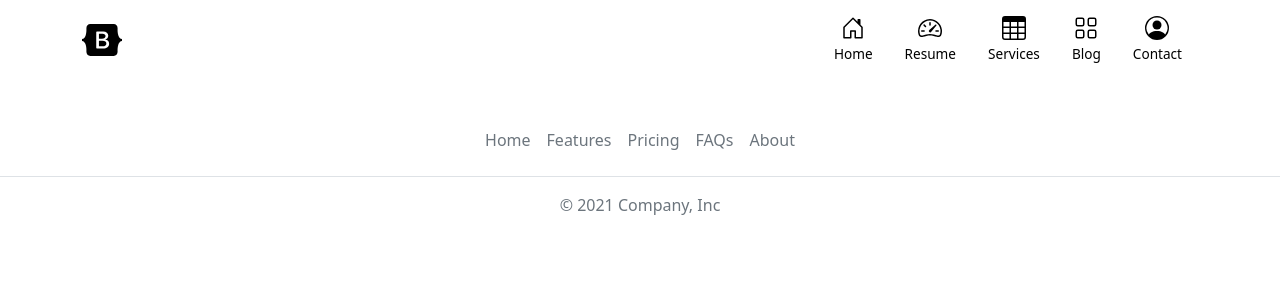
Repository: HeZhao-hugh/personal-web
Page: index.html
These files come from the project's save history. The page is drawn as it stood at one moment and after the next save; the edit follows.
The browser window is 1280 px wide. The pictures show the whole page.

Above is the page before, as saved 2022-01-19 17:35:27.

### index.html
<!DOCTYPE html>
<html lang="en">

<head>
    <meta charset="UTF-8">
    <meta http-equiv="X-UA-Compatible" content="IE=edge">
    <meta name="viewport" content="width=device-width, initial-scale=1.0">
    <link href="https://cdn.jsdelivr.net/npm/bootstrap@5.1.3/dist/css/bootstrap.min.css" rel="stylesheet"
        integrity="sha384-1BmE4kWBq78iYhFldvKuhfTAU6auU8tT94WrHftjDbrCEXSU1oBoqyl2QvZ6jIW3" crossorigin="anonymous">
    <script src="https://cdn.jsdelivr.net/npm/bootstrap@5.1.3/dist/js/bootstrap.bundle.min.js"
        integrity="sha384-ka7Sk0Gln4gmtz2MlQnikT1wXgYsOg+OMhuP+IlRH9sENBO0LRn5q+8nbTov4+1p" crossorigin="anonymous">
    </script>

    <!-- Custom styles for this template -->
    <link href="style.css" rel="stylesheet">
    <title>Document</title>
</head>

<body>
    <svg xmlns="http://www.w3.org/2000/svg" style="display: none;">
        <symbol id="bootstrap" viewBox="0 0 118 94">
            <title>Bootstrap</title>
            <path fill-rule="evenodd" clip-rule="evenodd"
                d="M24.509 0c-6.733 0-11.715 5.893-11.492 12.284.214 6.14-.064 14.092-2.066 20.577C8.943 39.365 5.547 43.485 0 44.014v5.972c5.547.529 8.943 4.649 10.951 11.153 2.002 6.485 2.28 14.437 2.066 20.577C12.794 88.106 17.776 94 24.51 94H93.5c6.733 0 11.714-5.893 11.491-12.284-.214-6.14.064-14.092 2.066-20.577 2.009-6.504 5.396-10.624 10.943-11.153v-5.972c-5.547-.529-8.934-4.649-10.943-11.153-2.002-6.484-2.28-14.437-2.066-20.577C105.214 5.894 100.233 0 93.5 0H24.508zM80 57.863C80 66.663 73.436 72 62.543 72H44a2 2 0 01-2-2V24a2 2 0 012-2h18.437c9.083 0 15.044 4.92 15.044 12.474 0 5.302-4.01 10.049-9.119 10.88v.277C75.317 46.394 80 51.21 80 57.863zM60.521 28.34H49.948v14.934h8.905c6.884 0 10.68-2.772 10.68-7.727 0-4.643-3.264-7.207-9.012-7.207zM49.948 49.2v16.458H60.91c7.167 0 10.964-2.876 10.964-8.281 0-5.406-3.903-8.178-11.425-8.178H49.948z">
            </path>
        </symbol>
        <symbol id="Home" viewBox="0 0 16 16">
            <path
                d="M8.354 1.146a.5.5 0 0 0-.708 0l-6 6A.5.5 0 0 0 1.5 7.5v7a.5.5 0 0 0 .5.5h4.5a.5.5 0 0 0 .5-.5v-4h2v4a.5.5 0 0 0 .5.5H14a.5.5 0 0 0 .5-.5v-7a.5.5 0 0 0-.146-.354L13 5.793V2.5a.5.5 0 0 0-.5-.5h-1a.5.5 0 0 0-.5.5v1.293L8.354 1.146zM2.5 14V7.707l5.5-5.5 5.5 5.5V14H10v-4a.5.5 0 0 0-.5-.5h-3a.5.5 0 0 0-.5.5v4H2.5z" />
        </symbol>
        <symbol id="Resume" viewBox="0 0 16 16">
            <path
                d="M8 4a.5.5 0 0 1 .5.5V6a.5.5 0 0 1-1 0V4.5A.5.5 0 0 1 8 4zM3.732 5.732a.5.5 0 0 1 .707 0l.915.914a.5.5 0 1 1-.708.708l-.914-.915a.5.5 0 0 1 0-.707zM2 10a.5.5 0 0 1 .5-.5h1.586a.5.5 0 0 1 0 1H2.5A.5.5 0 0 1 2 10zm9.5 0a.5.5 0 0 1 .5-.5h1.5a.5.5 0 0 1 0 1H12a.5.5 0 0 1-.5-.5zm.754-4.246a.389.389 0 0 0-.527-.02L7.547 9.31a.91.91 0 1 0 1.302 1.258l3.434-4.297a.389.389 0 0 0-.029-.518z" />
            <path fill-rule="evenodd"
                d="M0 10a8 8 0 1 1 15.547 2.661c-.442 1.253-1.845 1.602-2.932 1.25C11.309 13.488 9.475 13 8 13c-1.474 0-3.31.488-4.615.911-1.087.352-2.49.003-2.932-1.25A7.988 7.988 0 0 1 0 10zm8-7a7 7 0 0 0-6.603 9.329c.203.575.923.876 1.68.63C4.397 12.533 6.358 12 8 12s3.604.532 4.923.96c.757.245 1.477-.056 1.68-.631A7 7 0 0 0 8 3z" />
        </symbol>
        <symbol id="Services" viewBox="0 0 16 16">
            <path
                d="M0 2a2 2 0 0 1 2-2h12a2 2 0 0 1 2 2v12a2 2 0 0 1-2 2H2a2 2 0 0 1-2-2V2zm15 2h-4v3h4V4zm0 4h-4v3h4V8zm0 4h-4v3h3a1 1 0 0 0 1-1v-2zm-5 3v-3H6v3h4zm-5 0v-3H1v2a1 1 0 0 0 1 1h3zm-4-4h4V8H1v3zm0-4h4V4H1v3zm5-3v3h4V4H6zm4 4H6v3h4V8z" />
        </symbol>
        <symbol id="Contact" viewBox="0 0 16 16">
            <path d="M11 6a3 3 0 1 1-6 0 3 3 0 0 1 6 0z" />
            <path fill-rule="evenodd"
                d="M0 8a8 8 0 1 1 16 0A8 8 0 0 1 0 8zm8-7a7 7 0 0 0-5.468 11.37C3.242 11.226 4.805 10 8 10s4.757 1.225 5.468 2.37A7 7 0 0 0 8 1z" />
        </symbol>
        <symbol id="Blog" viewBox="0 0 16 16">
            <path
                d="M1 2.5A1.5 1.5 0 0 1 2.5 1h3A1.5 1.5 0 0 1 7 2.5v3A1.5 1.5 0 0 1 5.5 7h-3A1.5 1.5 0 0 1 1 5.5v-3zM2.5 2a.5.5 0 0 0-.5.5v3a.5.5 0 0 0 .5.5h3a.5.5 0 0 0 .5-.5v-3a.5.5 0 0 0-.5-.5h-3zm6.5.5A1.5 1.5 0 0 1 10.5 1h3A1.5 1.5 0 0 1 15 2.5v3A1.5 1.5 0 0 1 13.5 7h-3A1.5 1.5 0 0 1 9 5.5v-3zm1.5-.5a.5.5 0 0 0-.5.5v3a.5.5 0 0 0 .5.5h3a.5.5 0 0 0 .5-.5v-3a.5.5 0 0 0-.5-.5h-3zM1 10.5A1.5 1.5 0 0 1 2.5 9h3A1.5 1.5 0 0 1 7 10.5v3A1.5 1.5 0 0 1 5.5 15h-3A1.5 1.5 0 0 1 1 13.5v-3zm1.5-.5a.5.5 0 0 0-.5.5v3a.5.5 0 0 0 .5.5h3a.5.5 0 0 0 .5-.5v-3a.5.5 0 0 0-.5-.5h-3zm6.5.5A1.5 1.5 0 0 1 10.5 9h3a1.5 1.5 0 0 1 1.5 1.5v3a1.5 1.5 0 0 1-1.5 1.5h-3A1.5 1.5 0 0 1 9 13.5v-3zm1.5-.5a.5.5 0 0 0-.5.5v3a.5.5 0 0 0 .5.5h3a.5.5 0 0 0 .5-.5v-3a.5.5 0 0 0-.5-.5h-3z" />
        </symbol>
    </svg>

    <main>

        <header>
            <div class="px-5 py-2 bg-white text-black">
                <div class="container">
                    <div class="d-flex flex-wrap align-items-center justify-content-center justify-content-lg-start">
                        <a href="/"
                            class="d-flex align-items-center my-2 my-lg-0 me-lg-auto text-black text-decoration-none">
                            <svg class="bi me-2" width="40" height="32" role="img" aria-label="Bootstrap">
                                <use href="#bootstrap" /></svg>
                        </a>

                        <ul class="nav col-12 col-lg-auto my-2 justify-content-center my-md-0 text-small">
                            <li>
                                <a href="#" class="nav-link text-black">
                                    <svg class="bi d-block mx-auto mb-1" width="24" height="24">
                                        <use href="#Home" /></svg>
                                    Home
                                </a>
                            </li>
                            <li>
                                <a href="#" class="nav-link text-black">
                                    <svg class="bi d-block mx-auto mb-1" width="24" height="24">
                                        <use href="#Resume" /></svg>
                                    Resume
                                </a>
                            </li>
                            <li>
                                <a href="#" class="nav-link text-black">
                                    <svg class="bi d-block mx-auto mb-1" width="24" height="24">
                                        <use href="#Services" /></svg>
                                    Services
                                </a>
                            </li>

                            <li>
                                <a href="#" class="nav-link text-black">
                                    <svg class="bi d-block mx-auto mb-1" width="24" height="24">
                                        <use href="#Blog" /></svg>
                                    Blog
                                </a>
                            </li>
                            <li>
                                <a href="#" class="nav-link text-black">
                                    <svg class="bi d-block mx-auto mb-1" width="24" height="24">
                                        <use href="#Contact" /></svg>
                                    Contact
                                </a>
                            </li>
                        </ul>
                    </div>
                </div>
            </div>
        </header>
        <div class="pages">

        </div>


        <footer class="py-3 my-4">
            <ul class="nav justify-content-center border-bottom pb-3 mb-3">
                <li class="nav-item"><a href="#" class="nav-link px-2 text-muted">Home</a></li>
                <li class="nav-item"><a href="#" class="nav-link px-2 text-muted">Features</a></li>
                <li class="nav-item"><a href="#" class="nav-link px-2 text-muted">Pricing</a></li>
                <li class="nav-item"><a href="#" class="nav-link px-2 text-muted">FAQs</a></li>
                <li class="nav-item"><a href="#" class="nav-link px-2 text-muted">About</a></li>
            </ul>
            <p class="text-center text-muted">&copy; 2021 Company, Inc</p>
        </footer>

    </main>
</body>

</html>

### style.css

  .form-control-dark {
    color: #fff;
    background-color: var(--bs-dark);
    border-color: var(--bs-gray);
  }
  .form-control-dark:focus {
    color: #fff;
    background-color: var(--bs-dark);
    border-color: #fff;
    box-shadow: 0 0 0 .25rem rgba(255, 255, 255, .25);
  }

  .bi {
    vertical-align: -.125em;
    fill: currentColor;
  }

  .text-small {
    font-size: 85%;
  }

  .dropdown-toggle {
    outline: 0;
  }

After the next save:
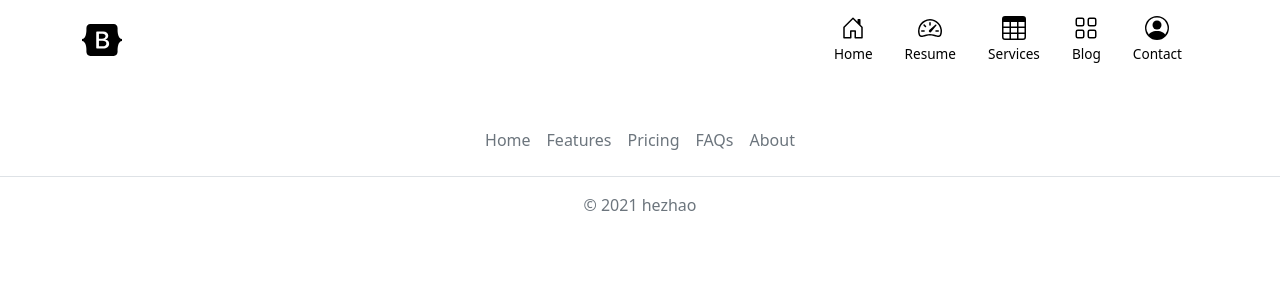
Saved 21 s later.
--- a/index.html
+++ b/index.html
@@ -116,7 +116,7 @@
                 <li class="nav-item"><a href="#" class="nav-link px-2 text-muted">FAQs</a></li>
                 <li class="nav-item"><a href="#" class="nav-link px-2 text-muted">About</a></li>
             </ul>
-            <p class="text-center text-muted">&copy; 2021 Company, Inc</p>
+            <p class="text-center text-muted">&copy; 2021 hezhao</p>
         </footer>
 
     </main>
